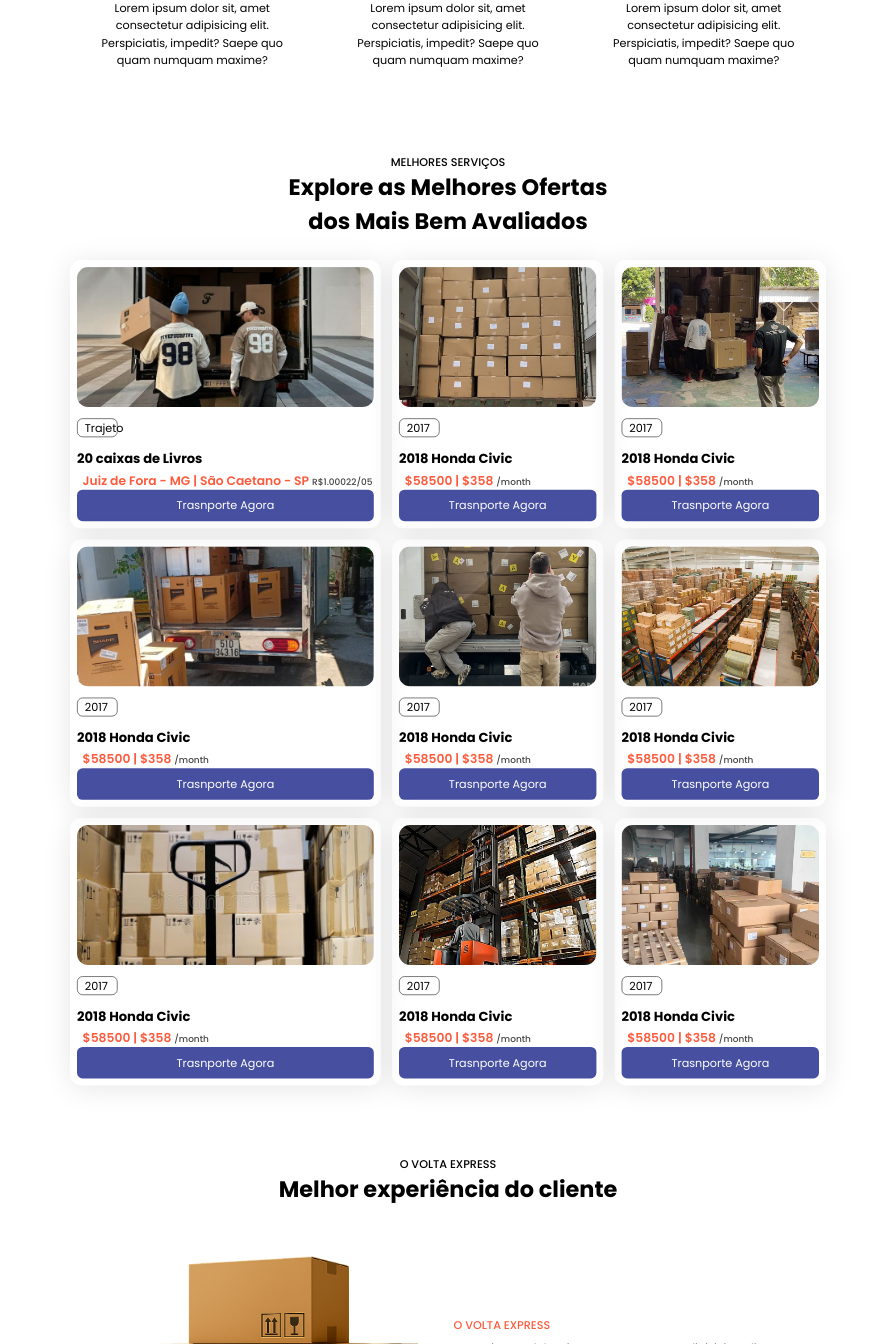
Repository: douglasabnovato/transportation
Page: index.html
These files come from the project's save history. The page is drawn as it stood at one moment and after the next save; the edit follows.
The browser window is 1280 px wide. The pictures show the part of the page from y = 1012 to 2932 px (the page is 4034 px tall), at 70% of full size.

Above is the page before, as saved 2025-05-19 01:14:58.

After the next save:
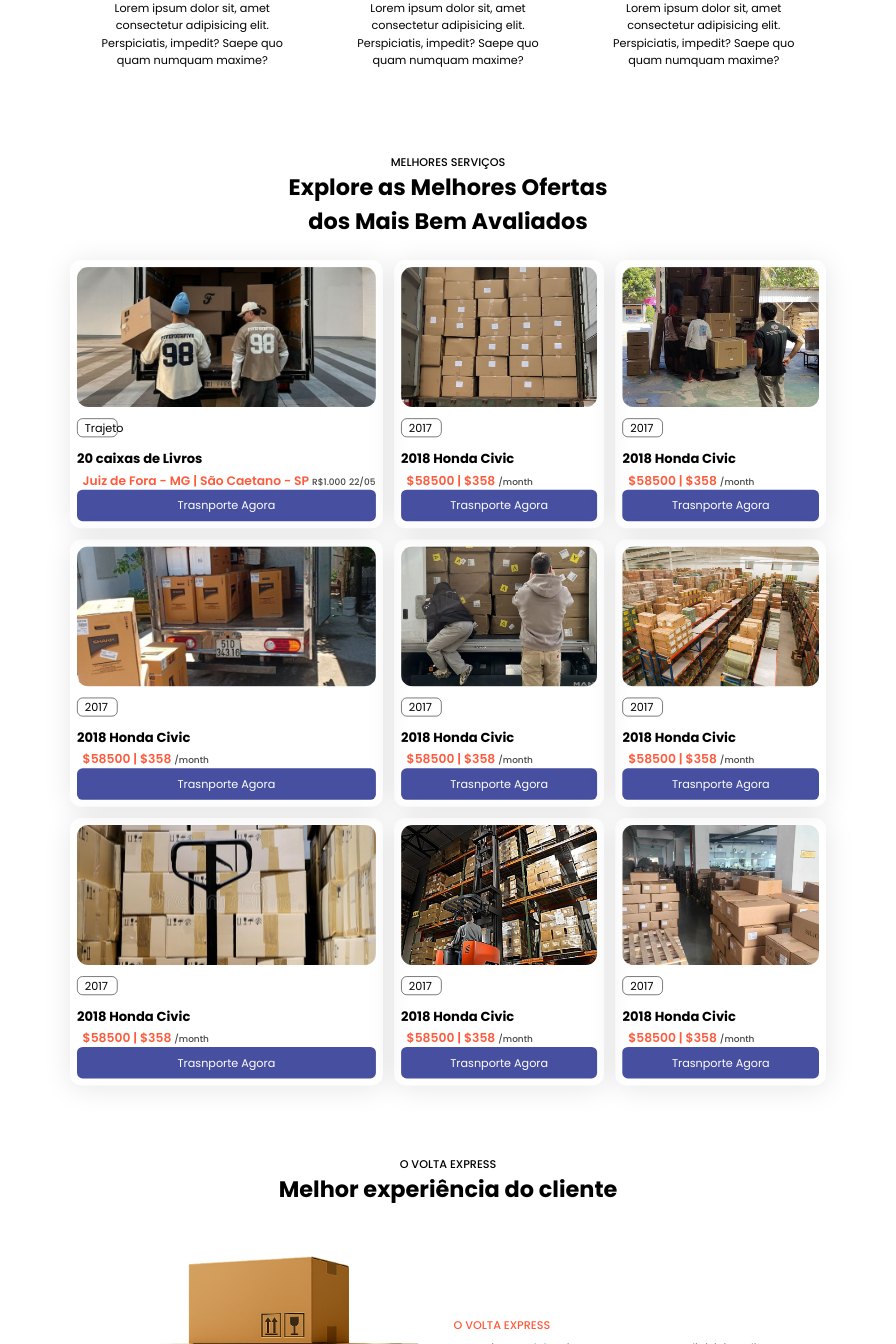
Saved 27 s later.
--- a/index.html
+++ b/index.html
@@ -122,8 +122,9 @@
           <p>Trajeto</p>
           <h3>20 caixas de Livros</h3>
           <h2>
-            Juiz de Fora - MG | São Caetano - SP <span> R$1.000</span
-            ><span>22/05</span>
+            Juiz de Fora - MG | São Caetano - SP
+            <span> R$1.000</span>
+            <span>22/05</span>
           </h2>
           <a href="#" class="btn">Trasnporte Agora</a>
         </div>
